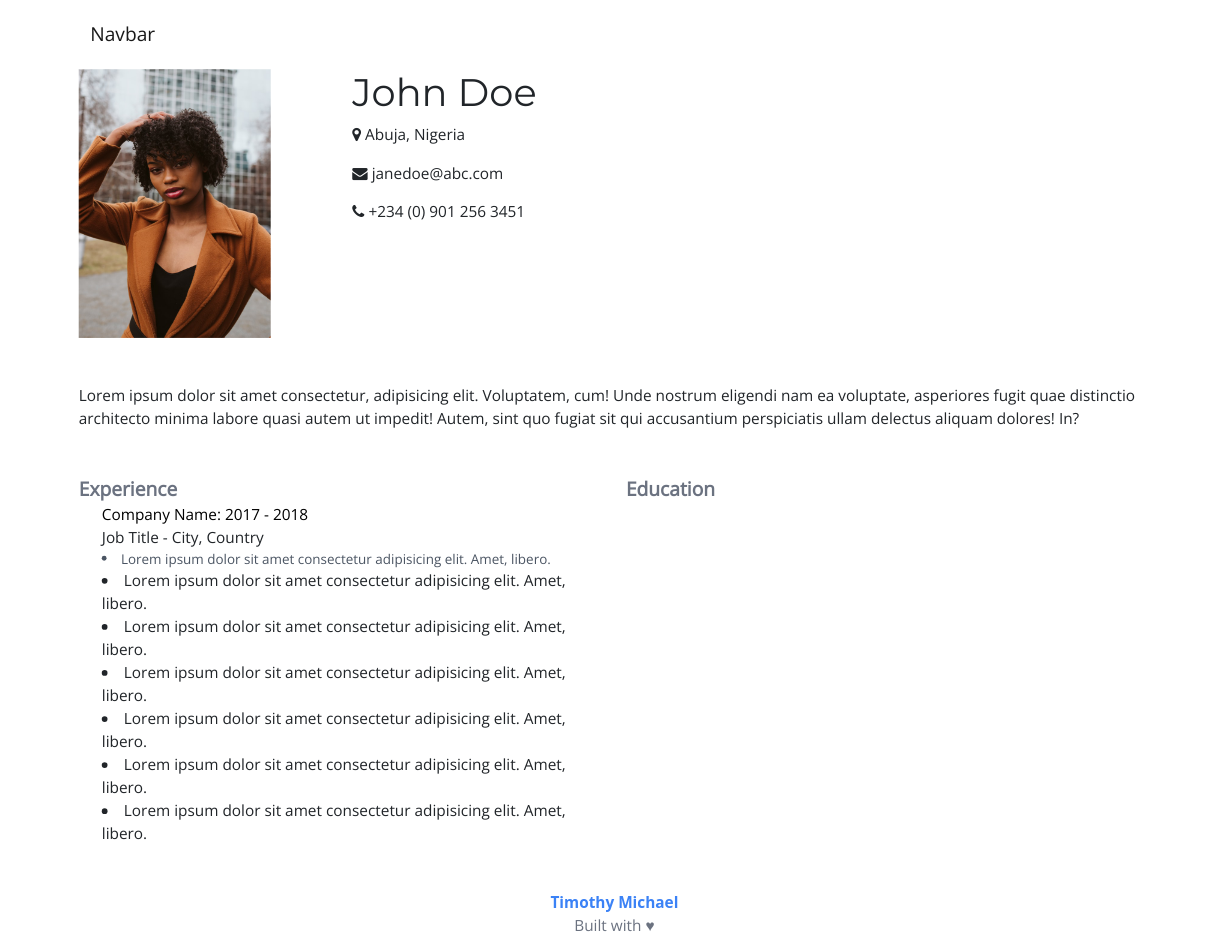
Repository: latenightsnacc/giggles
Page: HTML/CV.html
The author's editor kept a copy of each file at every save. The page is drawn from the files as they stood at one save, then again after the next save.
The browser window is 1280 px wide. The pictures show the whole page, at 96% of full size.
Some web libraries are served in a nearby version.

Above is the page before, as saved 2021-01-05 11:07:59.

After the next save:
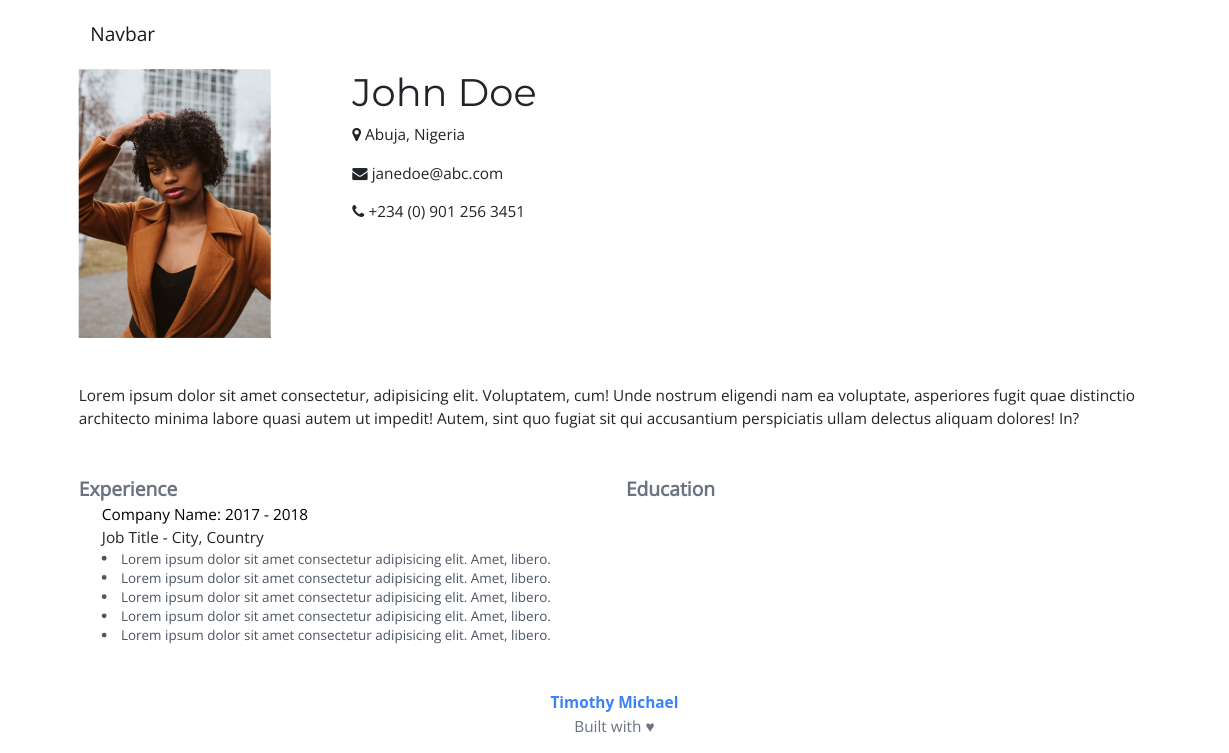
Saved 2 min 48 s later.
--- a/HTML/CV.html
+++ b/HTML/CV.html
@@ -65,13 +65,10 @@
                         <div class="text-black">Company Name: <span>2017 - 2018</span></div>
                         <div class="">Job Title - City, Country</div>
                         <li class="text-sm text-gray-600">Lorem ipsum dolor sit amet consectetur adipisicing elit. Amet, libero.</li>
-                        <li>Lorem ipsum dolor sit amet consectetur adipisicing elit. Amet, libero.</li>
-                        <li>Lorem ipsum dolor sit amet consectetur adipisicing elit. Amet, libero.</li>
-                        <li>Lorem ipsum dolor sit amet consectetur adipisicing elit. Amet, libero.</li>
-                        <li>Lorem ipsum dolor sit amet consectetur adipisicing elit. Amet, libero.</li>
-                        <li>Lorem ipsum dolor sit amet consectetur adipisicing elit. Amet, libero.</li>
-                        <li>Lorem ipsum dolor sit amet consectetur adipisicing elit. Amet, libero.</li>
-
+                        <li class="text-sm text-gray-600">Lorem ipsum dolor sit amet consectetur adipisicing elit. Amet, libero.</li>
+                        <li class="text-sm text-gray-600">Lorem ipsum dolor sit amet consectetur adipisicing elit. Amet, libero.</li>
+                        <li class="text-sm text-gray-600">Lorem ipsum dolor sit amet consectetur adipisicing elit. Amet, libero.</li>
+                        <li class="text-sm text-gray-600">Lorem ipsum dolor sit amet consectetur adipisicing elit. Amet, libero.</li>
                     </div>
                 </div>
                 <div class="col-xs-12 col-sm-12 col-md-12 col-lg-6 col-xl-6">
